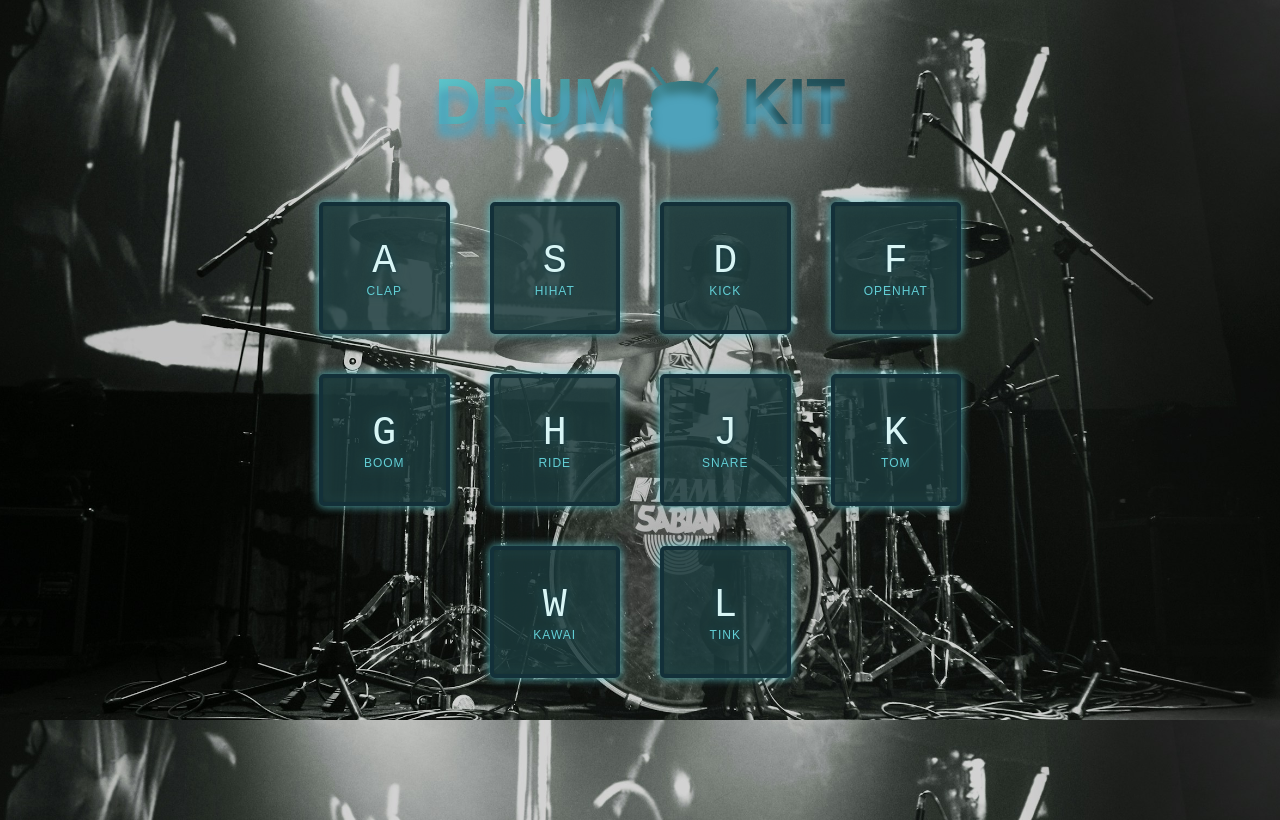
Repository: Freezler/drumkitJS
Page: index.html
These files come from the project's save history. The page is drawn as it stood at one moment and after the next save; the edit follows.
The browser window is 1280 px wide. The pictures show the whole page.
Backgrounds fixed to the window are drawn as part of the page.

Above is the page before, as saved 2024-08-24 11:07:01.
Console error: ReferenceError: key is not defined

After the next save:
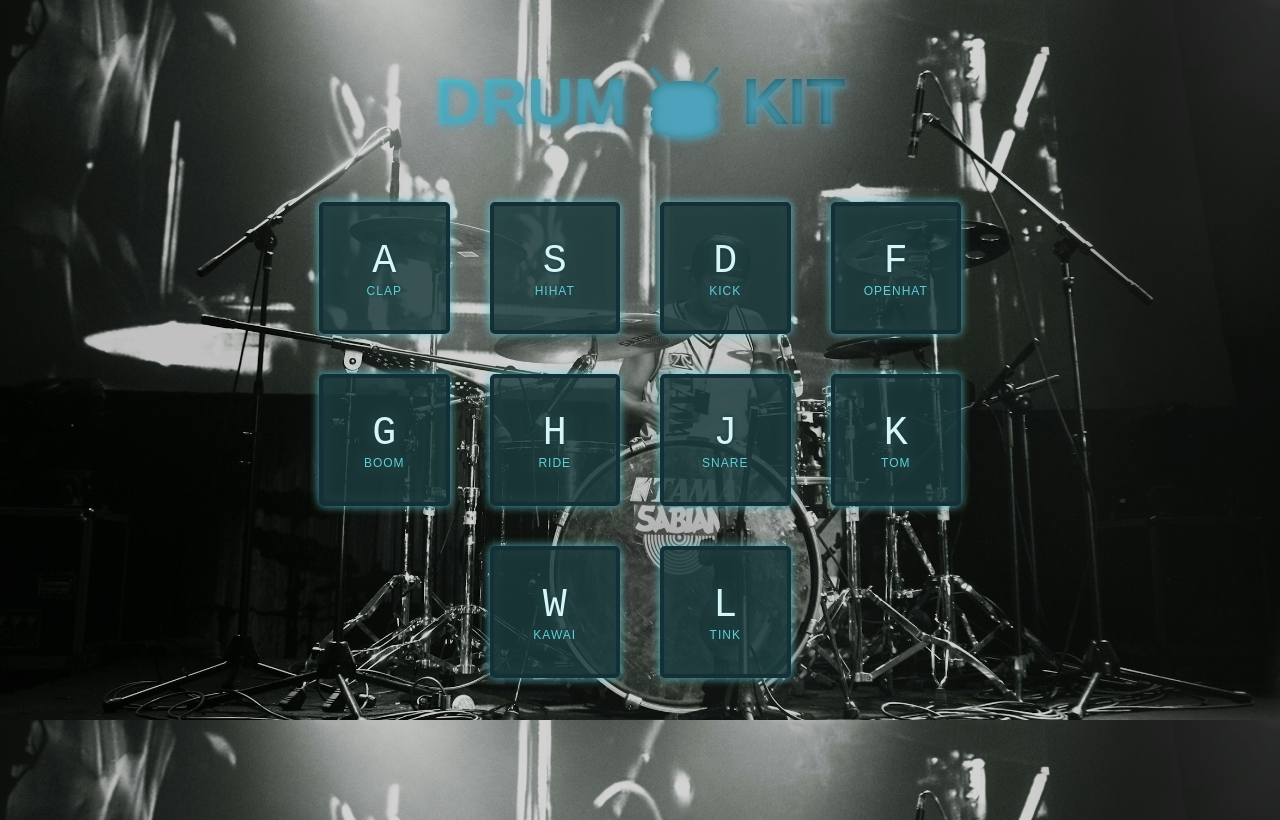
Saved 7 s later.
--- a/style.css
+++ b/style.css
@@ -37,7 +37,7 @@
   color: white;
   background-image: linear-gradient(135deg, var(--300) 0%, var(--950) 100%);
 
-  text-shadow:0px 12px 8px #4ea2bb ;
+  text-shadow:1px 2px 8px #4ea2bb ;
   color: transparent;
   background-clip: text;
   -webkit-background-clip: text;
